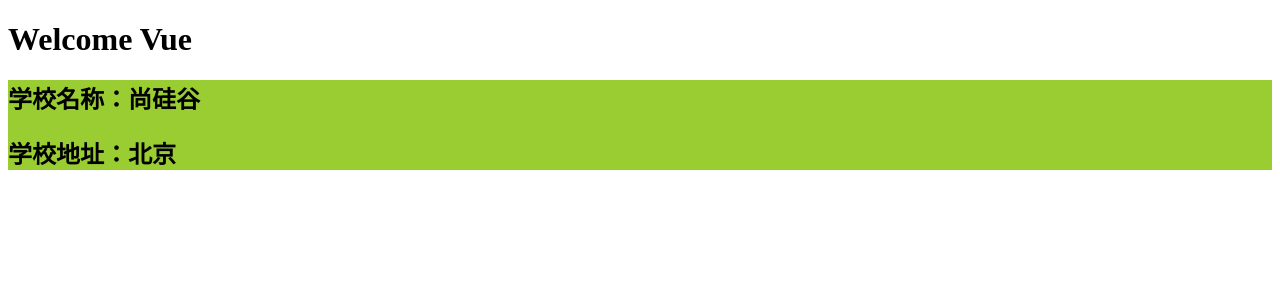
Repository: 319226862/wyy
Page: / (app in vue_test/)
The author's editor kept a copy of each file at every save. The page is drawn from the files as they stood at one save, then again after the next save.
The browser window is 1280 px wide. The pictures show the whole page.
The project was rebuilt for these pictures with package versions that can differ from the ones it lists, and the page was loaded fresh each time. Also part of the build but not shown: vue_test/vue.config.js, vue_test/src/components/Student.vue.

Above is the page before, as saved 2023-06-19 14:46:46.

### vue_test/public/index.html
<!DOCTYPE html>
<html lang="">
  <head>
    <meta charset="utf-8">
    <!-- 针对IE游览器的一个特殊配置，让IE游览器以最高级别的渲染页面 -->
    <meta http-equiv="X-UA-Compatible" content="IE=edge">
    <meta name="viewport" content="width=device-width,initial-scale=1.0">
    <link rel="icon" href="<%= BASE_URL %>favicon.ico">
    <title><%= htmlWebpackPlugin.options.title %></title>
  </head>
  <body>
    <noscript>
      <strong>We're sorry but <%= htmlWebpackPlugin.options.title %> doesn't work properly without JavaScript enabled. Please enable it to continue.</strong>
    </noscript>
    <div id="app"></div>
    <!-- built files will be auto injected -->
  </body>
</html>

### vue_test/src/main.js
// 引入vue
import Vue from 'vue'
// 引入App组件，他所有组件的父组件
import App from './App.vue'

// 关闭vue生产提示
Vue.config.productionTip = false

// 创建vue实例对象--vm
new Vue({
  render: h => h(App),
}).$mount('#app')

### vue_test/src/App.vue
<template>
  <div>
    <h1 v-text="msg"></h1>
    <School/>
  </div>
</template>

<script>
import School from './components/School.vue'
import Student from './components/Student.vue'
export default {
  name:'App',
  data(){
    return{
      msg:'Welcome Vue'
    }
  },
  components:{
    School,
    Student
  }
}
</script>

<style>

</style>

### vue_test/src/components/School.vue
<template>
    <div class="school">
        <h2>学校名称：{{ name }}</h2>
        <h2>学校地址：{{ address }}</h2>
    </div>
</template>

<script>
export default {
    name: 'School',
    data(){
        return{
            name: '尚硅谷',
            address: '北京',
        }
    }
}
</script>

<style>
.school{
background-color: yellowgreen;}
</style>

After the next save:
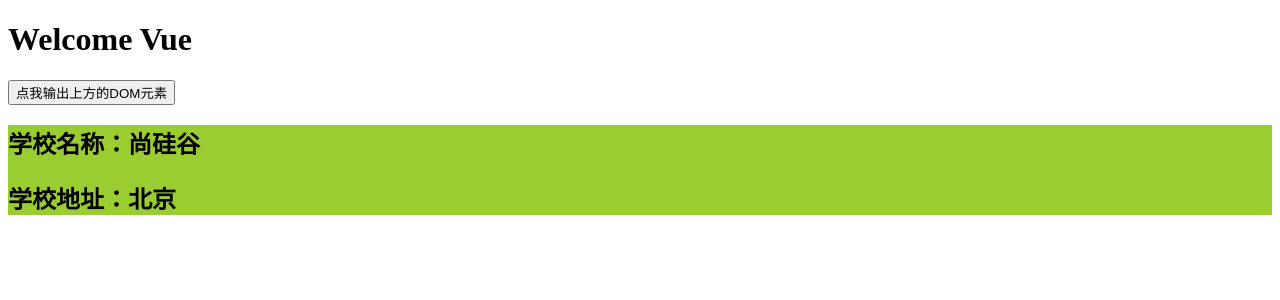
Saved 3 min 47 s later.
--- a/vue_test/src/App.vue
+++ b/vue_test/src/App.vue
@@ -1,6 +1,7 @@
 <template>
   <div>
-    <h1 v-text="msg"></h1>
+    <h1 v-text="msg" :ref="a"></h1>
+    <button @click="showDOM">点我输出上方的DOM元素</button>
     <School/>
   </div>
 </template>
@@ -18,6 +19,11 @@ export default {
   components:{
     School,
     Student
+  },
+  methods:{
+    showDOM(){
+      console.log(a)
+    }
   }
 }
 </script>
